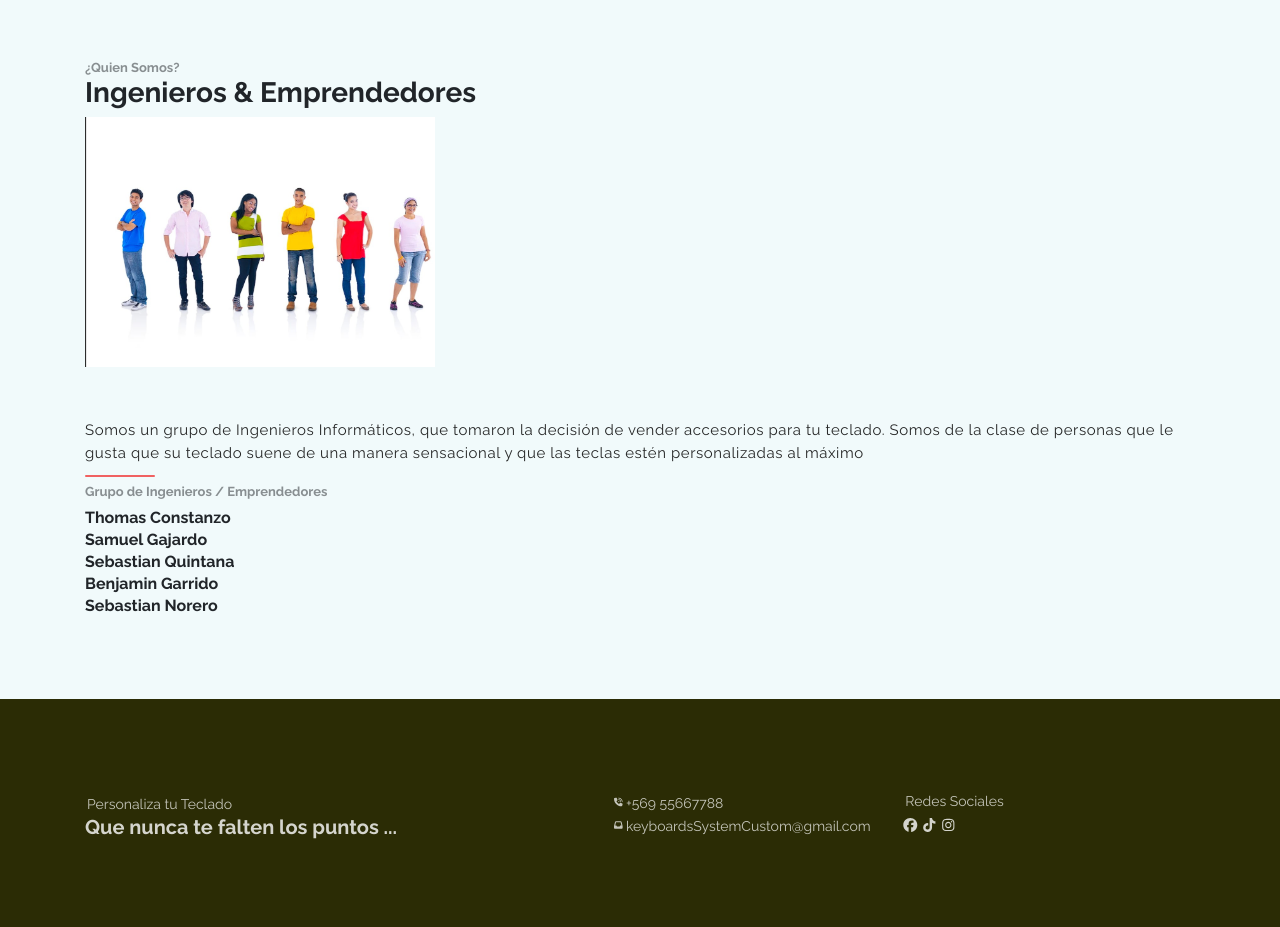
Repository: sebaqqq/customKeyboard
Page: /about
An editor plug-in stored every save of this project. The page is shown before and after a run of saves, followed by the edit.
The browser window is 1280 px wide. The pictures show the whole page.
The project was rebuilt for these pictures with package versions that can differ from the ones it lists, and the page was loaded fresh each time. The framework's server and built-in components were replaced by stand-ins that run in the browser. Also part of the build but not shown: next.config.js.

Above is the page before, as saved 2023-01-26 21:06:09.

After the next 4 saves:
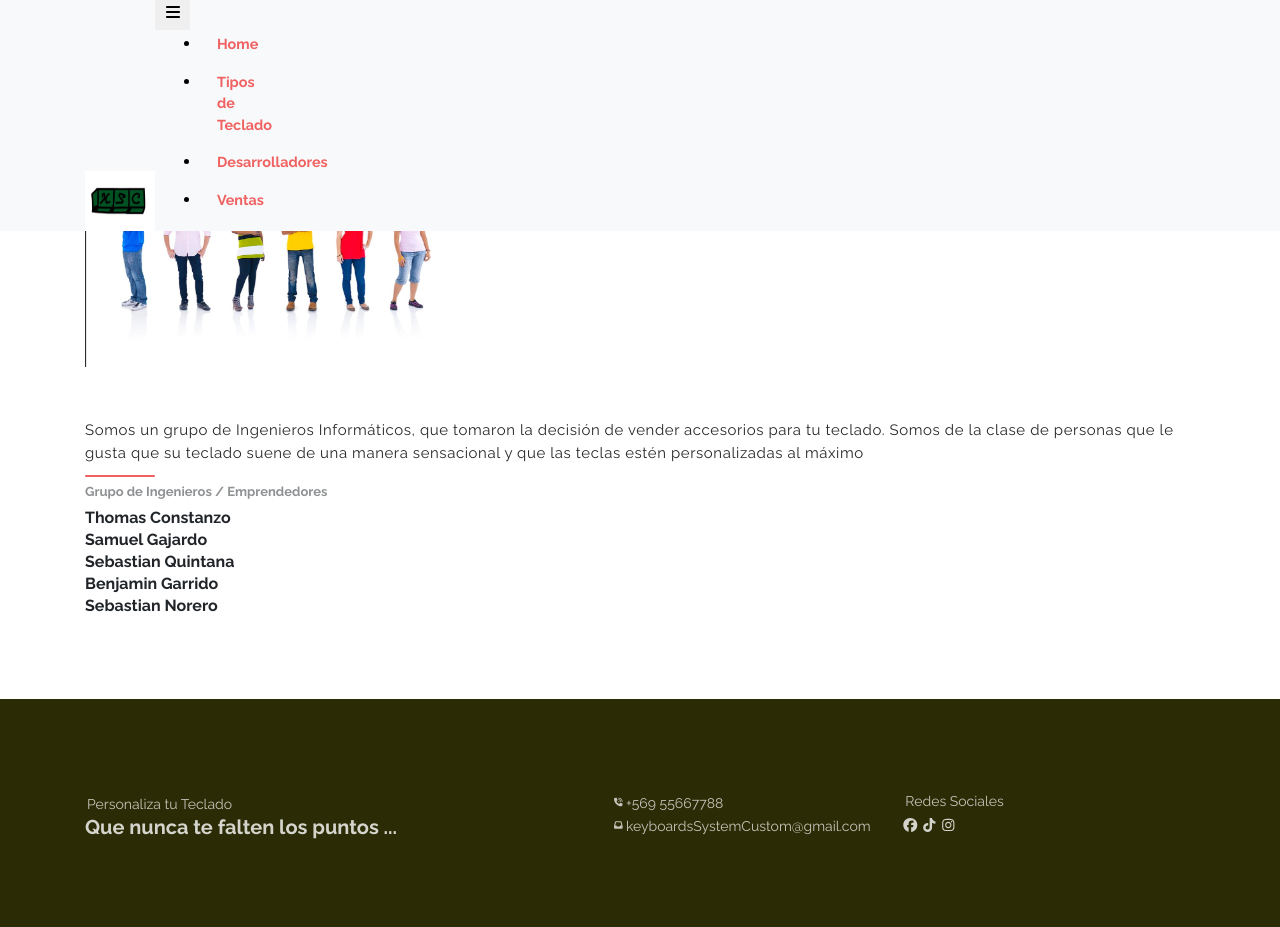
The 4 saves are shown as one change because 1 did not build or start and some came seconds apart.
The last was saved 13 s later.
--- a/components/Layout.js
+++ b/components/Layout.js
@@ -1,6 +1,5 @@
 import Head from "next/head";
-import { Header } from "next/dist/lib/load-custom-routes";
-
+import Header from "./Header";
 const Layout = ({children, pagina}) => {
     return (
         <div>
@@ -12,6 +11,7 @@
                 <meta name="keywords" content="Keys Keyboard" />
                 <link rel="icon" type="image/png" sizes="32x32" href="/favicon-32x32.png" />
             </Head>
+            <Header />
             {children}
         </div>
     );
